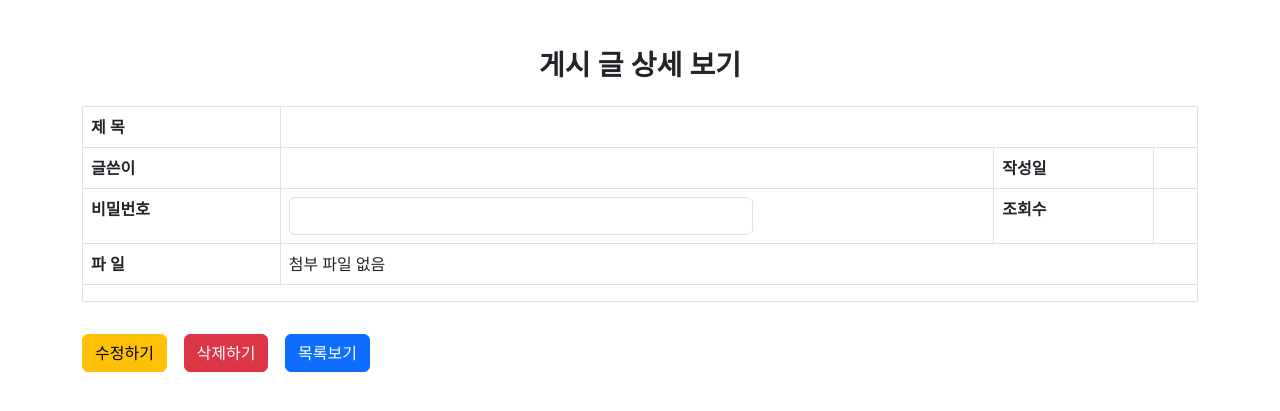
Repository: lopanghub/git_study
Page: http://localhost/JSPClassCh06/WEB-INF/board/boardDetail.jsp
These files come from the project's save history. The page is drawn as it stood at one moment and after the next save; the edit follows.
The browser window is 1280 px wide. The pictures show the whole page.
The page is served by Tomcat 9. Nobody is signed in. Other server files are loaded and not shown. The template is opened directly, without the code that normally fills it, so the values that code supplies are empty.

Above is the page before, as saved 2024-04-11 02:43:03.

### JSPStudy/JSPClassCh06/src/main/webapp/WEB-INF/board/boardDetail.jsp
<%@ page language="java" contentType="text/html; charset=UTF-8"
    pageEncoding="UTF-8"%>
<%@taglib prefix="c" uri="http://java.sun.com/jsp/jstl/core"%>
<%@taglib prefix="fmt" uri="http://java.sun.com/jsp/jstl/fmt"%>
<!DOCTYPE html>
<html>
<head>
<meta charset="UTF-8">
<meta name="viewport" content="width=device-width, initial-scale=1">
<title>Insert title here</title>
<link href="bootstrap/bootstrap.min.css" rel="stylesheet">
</head>
<body>
	<div class="container">
		<!-- content -->
		<div class="row my-5" id="global-content">
			<div class="col">
				<div class="row text-center">
					<div class="col">
						<h2 class="fs-3 fw-bold">게시 글 상세 보기</h2>
					</div>
				</div>
				<div class="row my-3">
					<div class= "col">
						<table class="table table-bordered">
							<tbody>
								<tr>
									<th>제  목</th>
									<td colspan="3">${board.title }</td>
								</tr>
								<tr>
									<th>글쓴이</th>
									<td >${board.writer }</td>
									<th>작성일</th>
									<td ><fmt:formatDate value="${board.regDate }"
										pattern="yyyy-MM-dd HH:mm"/></td>
								</tr>
								<tr>
									<th>비밀번호</th>
									<td >
										<div class="col-8">
										<input class="form-control" type="password" name="pass" id="pass"/>
										</div>
									</td>
									<th>조회수</th>
									<td >${board.readCount }</td>
								</tr>
								<tr>
									<th>파  일</th>
									<td colspan="3">
										<c:if test="${empty board.file1 }">
											첨부 파일 없음
										</c:if>
										<c:if test="${not empty board.file1 }">
											<a href ="upload/${board.file1}">파일 다운로드</a>
										</c:if>
									</td>
								</tr>
								<tr>
									<td colspan="4" style="white-space: pre">${board.content}</td>
								</tr>

							</tbody>
						</table>
					</div>
				</div>
				<div class="row">
					<div class="col">
						<input type="button" class="btn btn-warning" id="detailUpdate" value="수정하기"/>
						&nbsp;&nbsp;
						<input type="button" class="btn btn-danger" id="detailDelete" value="삭제하기"/>
						&nbsp;&nbsp;
						<input type="button" class="btn btn-primary" value="목록보기"
							onclick="location.href='boardList'"/>
					</div>
				</div>

			</div>
		</div>

		<script src="bootstrap/bootstrap.bundle.min.js">
		</script>
	</div>

</body>
</html>

Loaded but not shown: JSPStudy/JSPClassCh06/src/main/webapp/bootstrap/bootstrap.min.css (library); JSPStudy/JSPClassCh06/src/main/webapp/bootstrap/bootstrap.bundle.min.js (library)

After the next save:
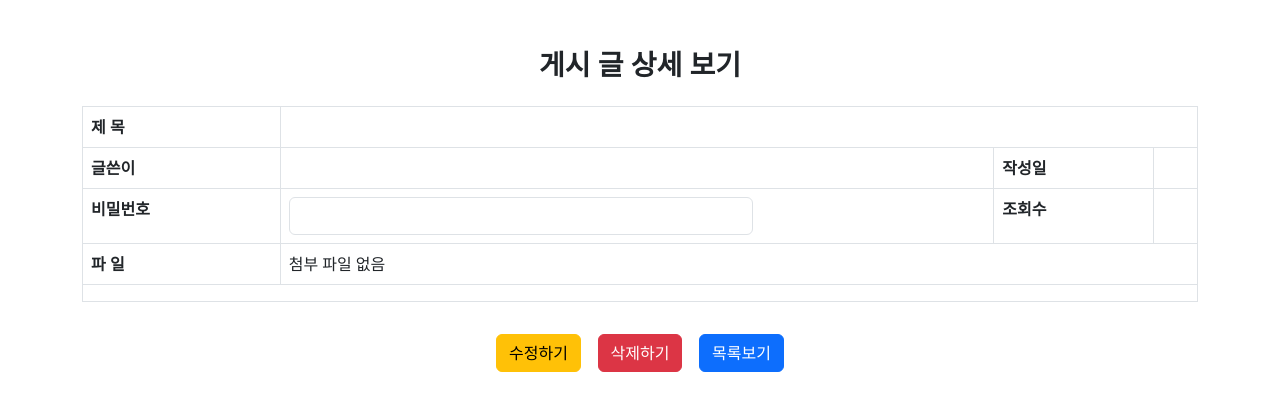
Saved 64 s later.
--- a/JSPStudy/JSPClassCh06/src/main/webapp/WEB-INF/board/boardDetail.jsp
+++ b/JSPStudy/JSPClassCh06/src/main/webapp/WEB-INF/board/boardDetail.jsp
@@ -65,7 +65,7 @@
 					</div>
 				</div>
 				<div class="row">
-					<div class="col">
+					<div class="col text-center">
 						<input type="button" class="btn btn-warning" id="detailUpdate" value="수정하기"/>
 						&nbsp;&nbsp;
 						<input type="button" class="btn btn-danger" id="detailDelete" value="삭제하기"/>
